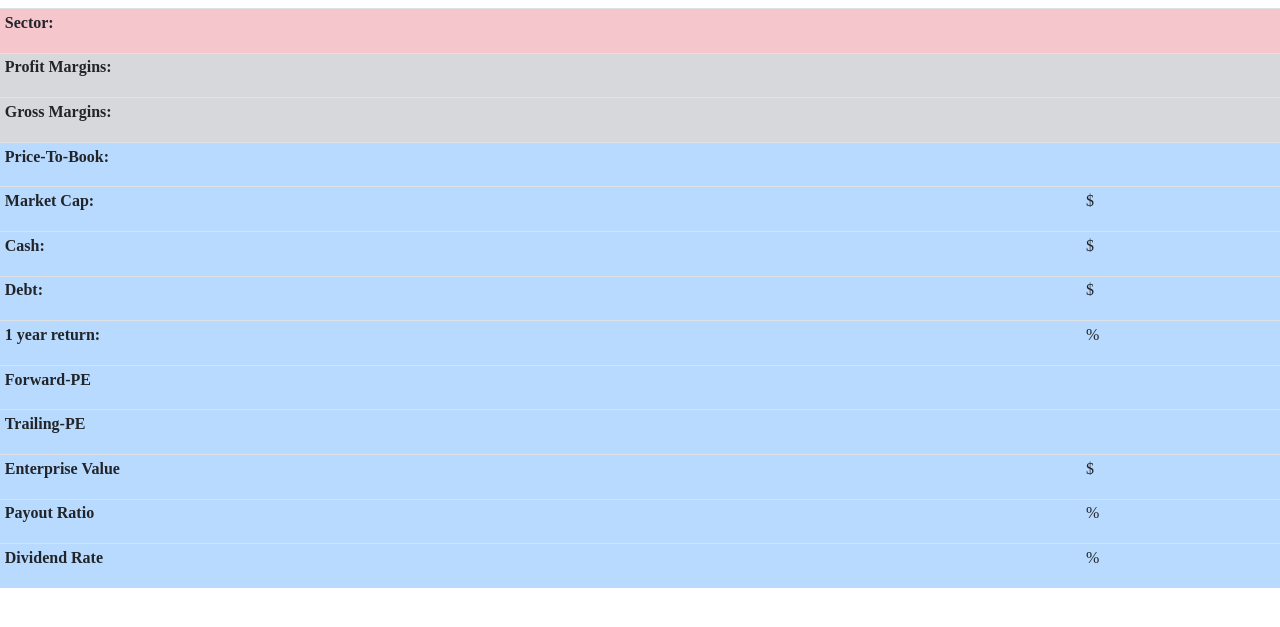
Repository: brendan12372/theSite
Page: topTen/templates/stocks/stock_detail.html
These files come from the project's save history. The page is drawn as it stood at one moment and after the next save; the edit follows.
The browser window is 1280 px wide. The pictures show the whole page.
Some web libraries are served in a nearby version. The page is served by the project's application, run on Django 4.2 (manage.py). The template is opened directly, without the code that normally fills it, so the values that code supplies are empty.

Above is the page before, as saved 2022-03-15 01:07:02.

After the next save:
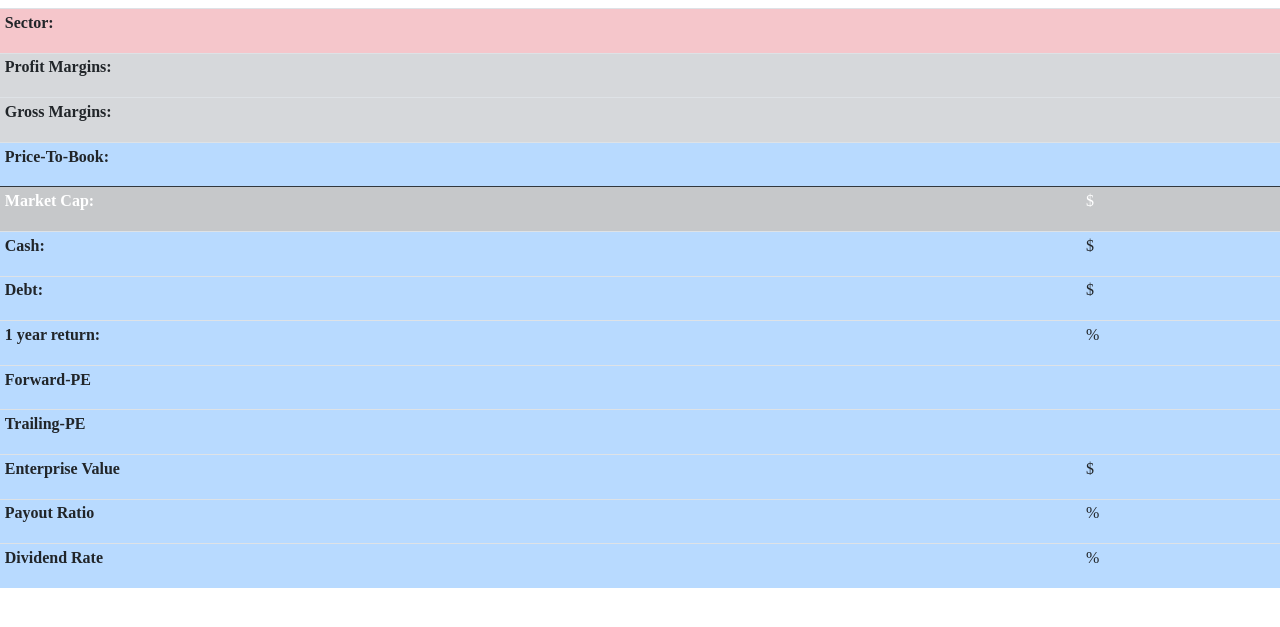
Saved 52 s later.
--- a/topTen/templates/stocks/stock_detail.html
+++ b/topTen/templates/stocks/stock_detail.html
@@ -57,7 +57,7 @@
           <td>{{object.PriceToBook}}</td>
         </tr>
 
-        <tr>
+        <tr class="table-dark">
           <td><p class="font-weight-bold">Market Cap:</p></td>
           <td>$ {{object.marketCap}}</td>
         </tr>
